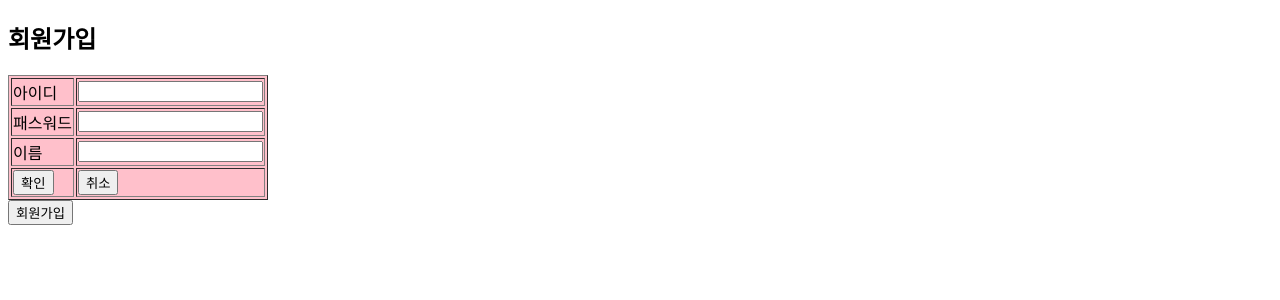
Repository: SongHyeSun/JSP
Page: http://localhost/och11/sessionMember/loginForm.jsp
These files come from the project's save history. The page is drawn as it stood at one moment and after the next save; the edit follows.
The browser window is 1280 px wide. The pictures show the whole page.
The page is served by Tomcat 9. Other server files are loaded and not shown.

Above is the page before, as saved 2024-07-19 01:42:02.

### jspSrc17/och11/src/main/webapp/sessionMember/loginForm.jsp
<%@ page language="java" contentType="text/html; charset=UTF-8"
    pageEncoding="UTF-8"%>
<!DOCTYPE html>
<html>
<head>
<meta charset="UTF-8">
<title>Insert title here</title>
<style type="text/css">
	table {background-color: pink;}
	tr:hover {background-color: orange;}
</style>
</head>
<body>
	<h2>회원가입</h2>
	<form action="loginPro.jsp">
		<table border="1">
			<tr><td>아이디</td><td><input type="text" name="id"
				required="required"></td></tr>
			<tr><td>패스워드</td><td><input type="password" name="password"
				required="required"></td></tr>
			<tr><td>이름</td><td><input type="text" name="name"
				required="required"></td></tr>
			<tr><td><input type="submit" value="확인"></td>
				<td><input type="reset" value="취소"></td></tr>
		</table>
	</form>
	<input type="button" value="회원가입" onclick="location.href='../session/person.jsp'">
</body>
</html>

After the next save:
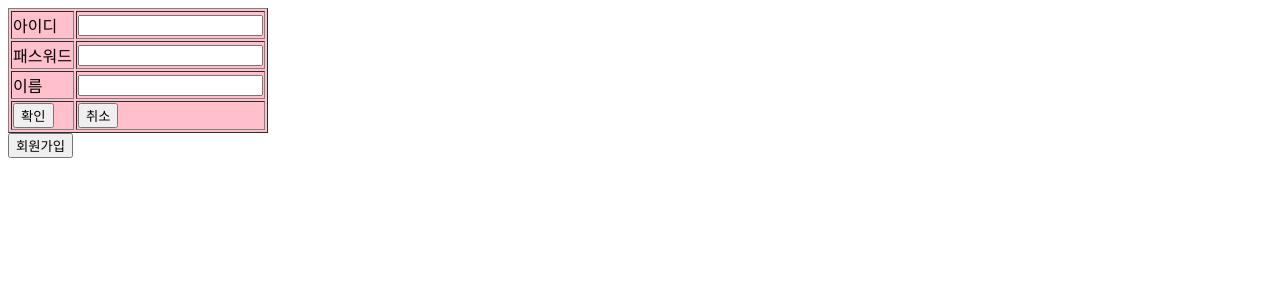
Saved 44 s later.
--- a/jspSrc17/och11/src/main/webapp/sessionMember/loginForm.jsp
+++ b/jspSrc17/och11/src/main/webapp/sessionMember/loginForm.jsp
@@ -11,7 +11,6 @@
 </style>
 </head>
 <body>
-	<h2>회원가입</h2>
 	<form action="loginPro.jsp">
 		<table border="1">
 			<tr><td>아이디</td><td><input type="text" name="id"
